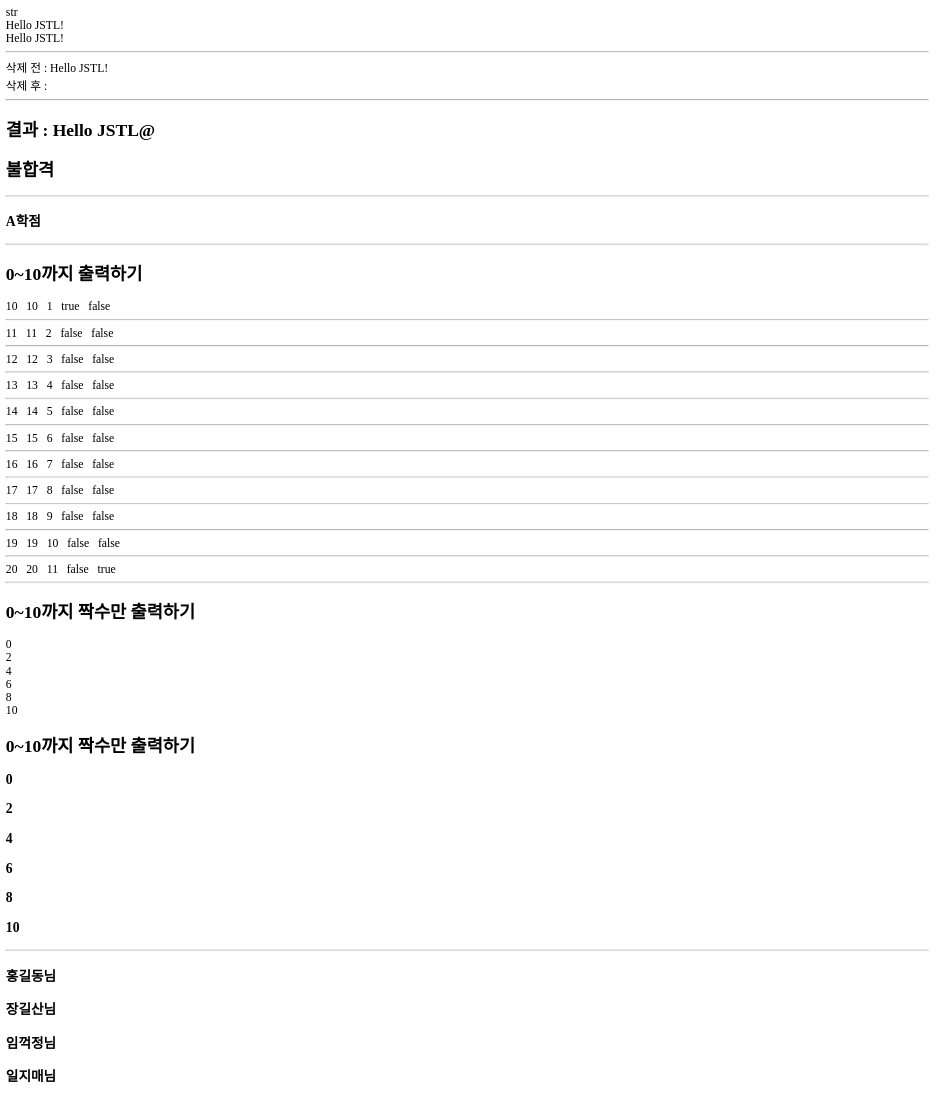
Repository: wjsjsn/23_jspstudy
Page: http://localhost/02_jsp/view/ex13_JSTL.jsp
The author's editor kept a copy of each file at every save. The page is drawn from the files as they stood at one save, then again after the next save.
The browser window is 1280 px wide. The pictures show the whole page, at 73% of full size.
The page is served by Tomcat 9.

Above is the page before, as saved 2023-07-06 01:12:59.

After the next save:
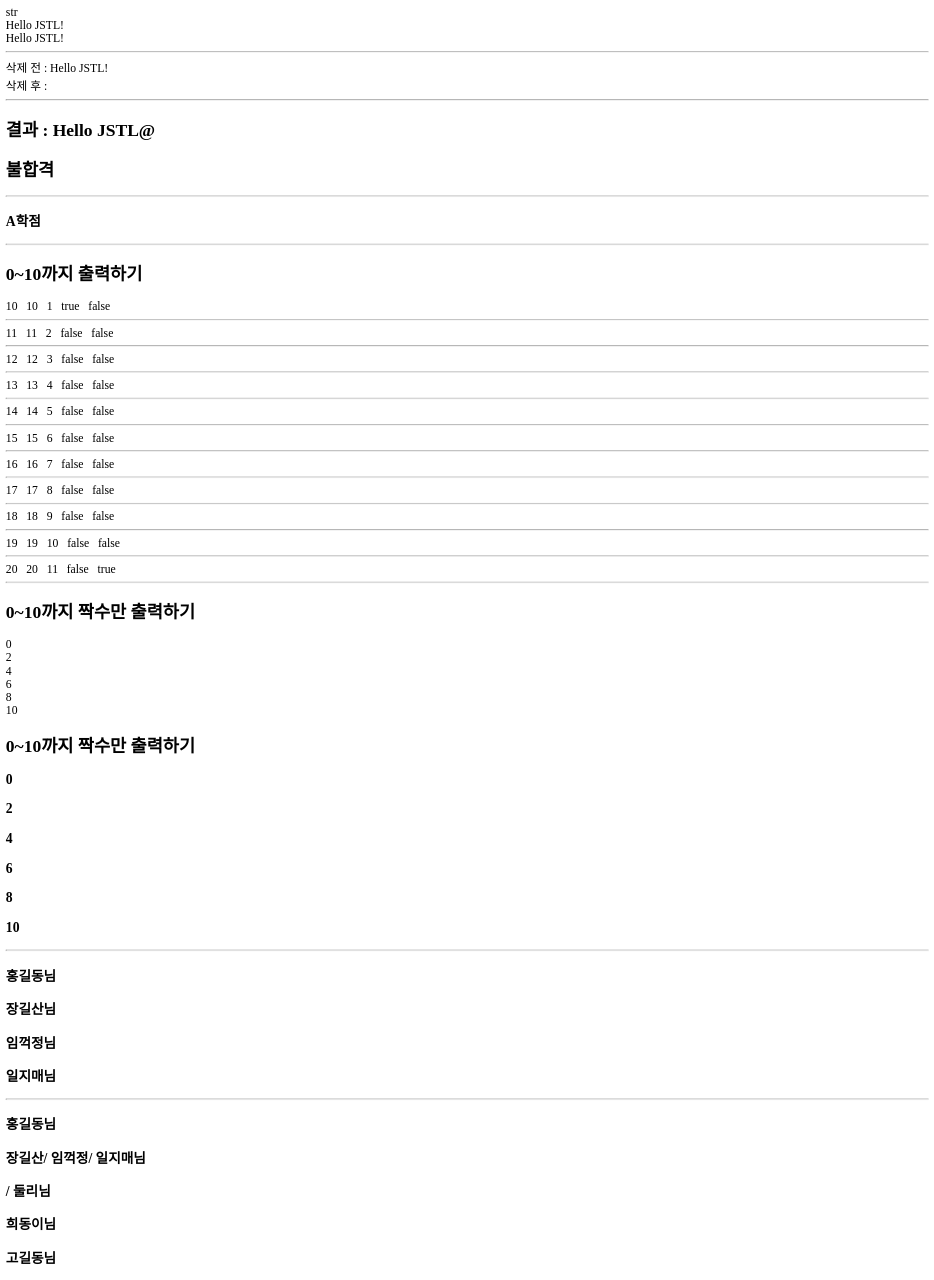
Saved 7 min 19 s later.
--- a/02_jsp/src/main/webapp/view/ex13_JSTL.jsp
+++ b/02_jsp/src/main/webapp/view/ex13_JSTL.jsp
@@ -121,5 +121,15 @@
  	  <c:forEach var="k" items="${arr_1}">
  	  		<h3>${k}님 <br></h3>
  	  </c:forEach>
+ 	  <hr>
+
+ 	  <%--
+ 	  	반복해서 나누기
+ 		  <c:forTokens items="${배열 또는 컬렉션}" delims="구분자" var="변수명"></c:forTokens>
+ 	   --%>
+ 	   <c:set var="arr_2" value="홍길동, 장길산/ 임꺽정/ 일지매,/ 둘리, 희동이, 고길동" />
+ 	  <c:forTokens items="${arr_2}" delims="," var="k">
+ 	  		<h3>${k}님 <br></h3>
+ 	  </c:forTokens>
 </body>
 </html>
